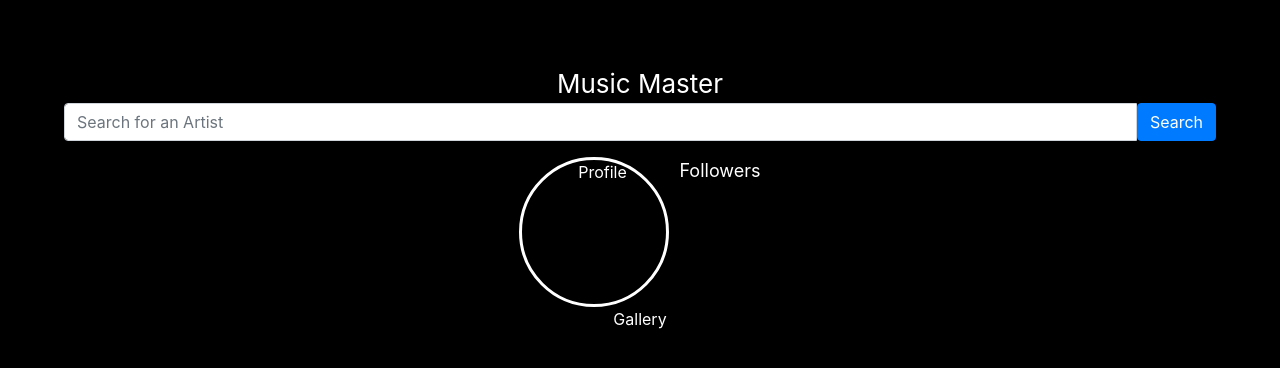
Repository: the-manohar/music
Page: /
The author's editor kept a copy of each file at every save. The page is drawn from the files as they stood at one save, then again after a run of saves.
The browser window is 1280 px wide. The pictures show the whole page.
The project was rebuilt for these pictures with package versions that can differ from the ones it lists, and the page was loaded fresh each time.

Above is the page before, as saved 2020-07-19 15:16:57.

After the next 3 saves:
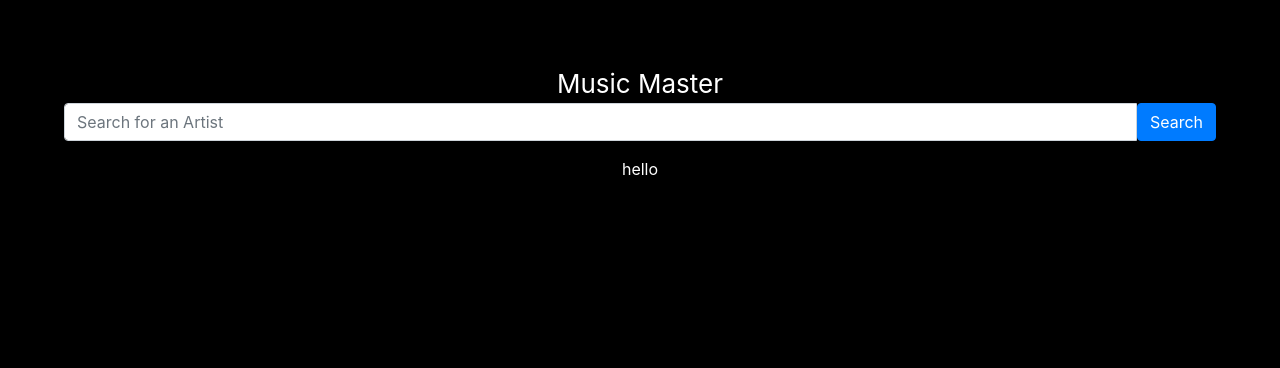
The 3 saves are shown as one change because 2 did not build or start.
The last was saved 3 min 58 s later.
--- a/src/App.js
+++ b/src/App.js
@@ -51,8 +51,14 @@ class App extends Component {
             <Button onClick={() => this.search()}>Search</Button>
           </InputGroup>
         </FormGroup>
-        <Profile artist={this.state.artist} />
-        <div className="Gallery">Gallery</div>
+        {this.state.artist !== null ? (
+          <div>
+            <Profile artist={this.state.artist} />
+            <div className="Gallery">Gallery</div>
+          </div>
+        ) : (
+          <div>hello</div>
+        )}
       </div>
     );
   }
